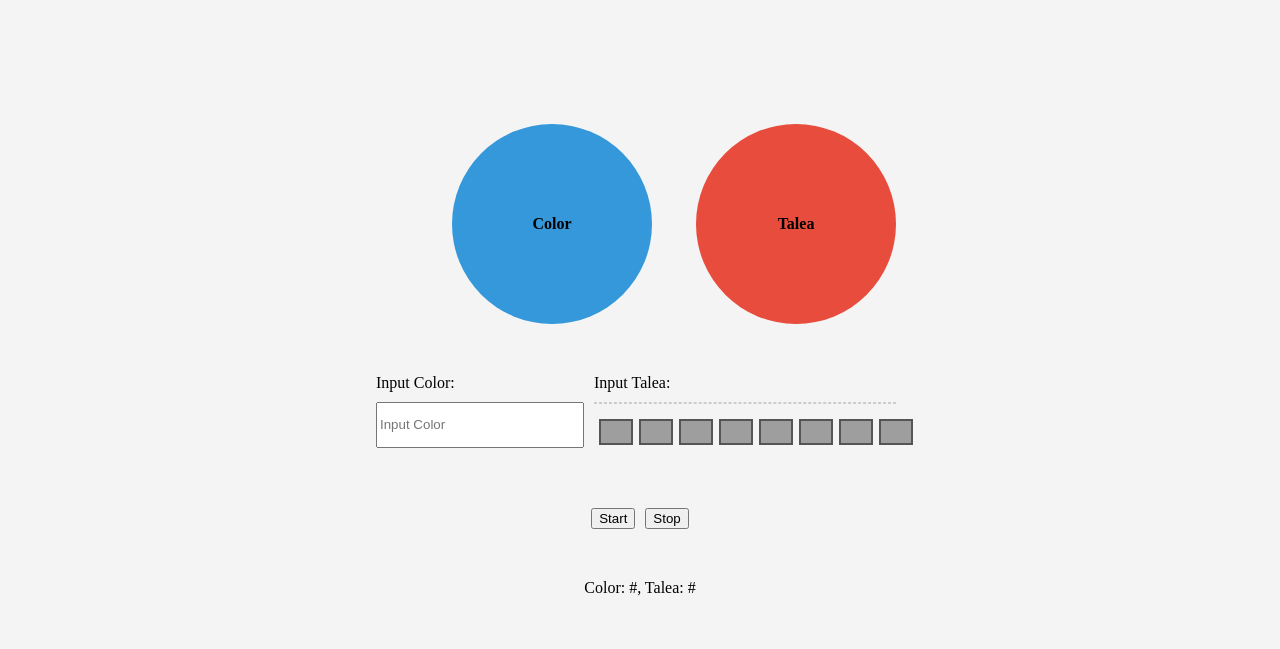
Repository: boshi-an/Isorhythm
Page: .vscode/Isorhythm/index.html
These files come from the project's save history. The page is drawn as it stood at one moment and after the next save; the edit follows.
The browser window is 1280 px wide. The pictures show the whole page.
Pictures or frames that could not be fetched are drawn as grey boxes.

Above is the page before, as saved 2023-10-19 01:34:22.

After the next save:
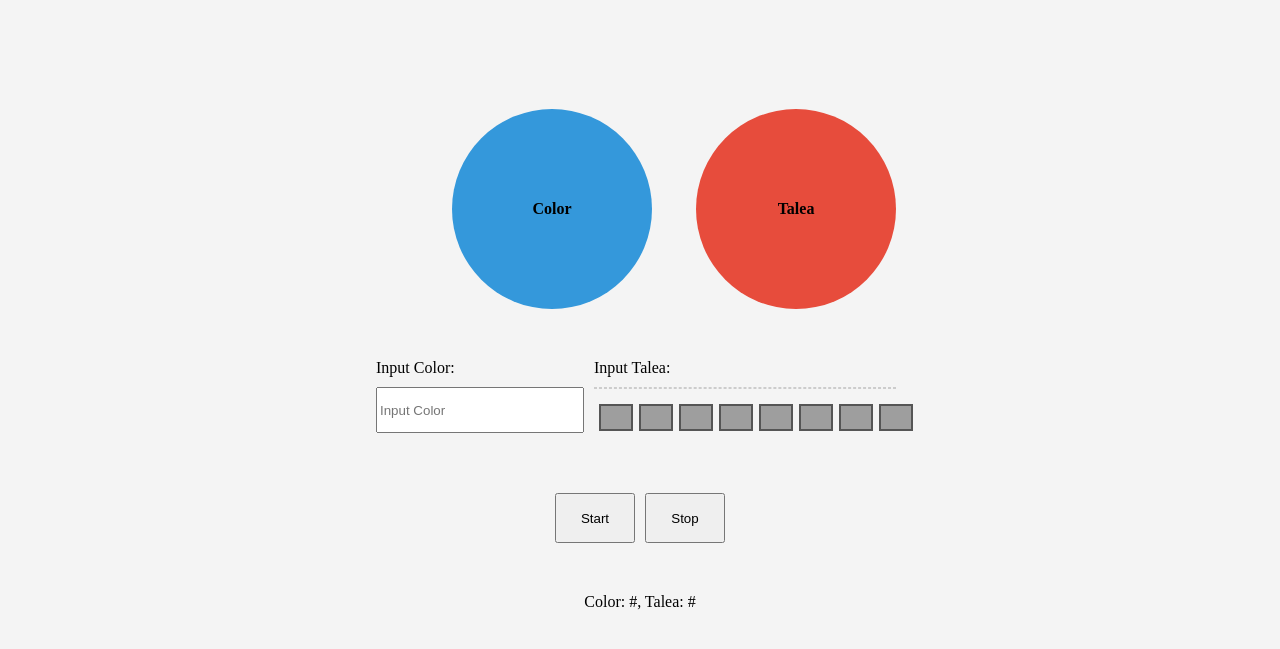
Saved 77 s later.
--- a/.vscode/Isorhythm/index.html
+++ b/.vscode/Isorhythm/index.html
@@ -41,8 +41,8 @@
         </div>
     </div>
     <div class="uiContainer">
-        <button id="startBtn">Start</button>
-        <button id="stopBtn">Stop</button>
+        <button id="startBtn" style="height:50px;width:80px">Start</button>
+        <button id="stopBtn" style="height:50px;width:80px">Stop</button>
     </div>
     <div class="div" id="display">
         Color: #, Talea: #
